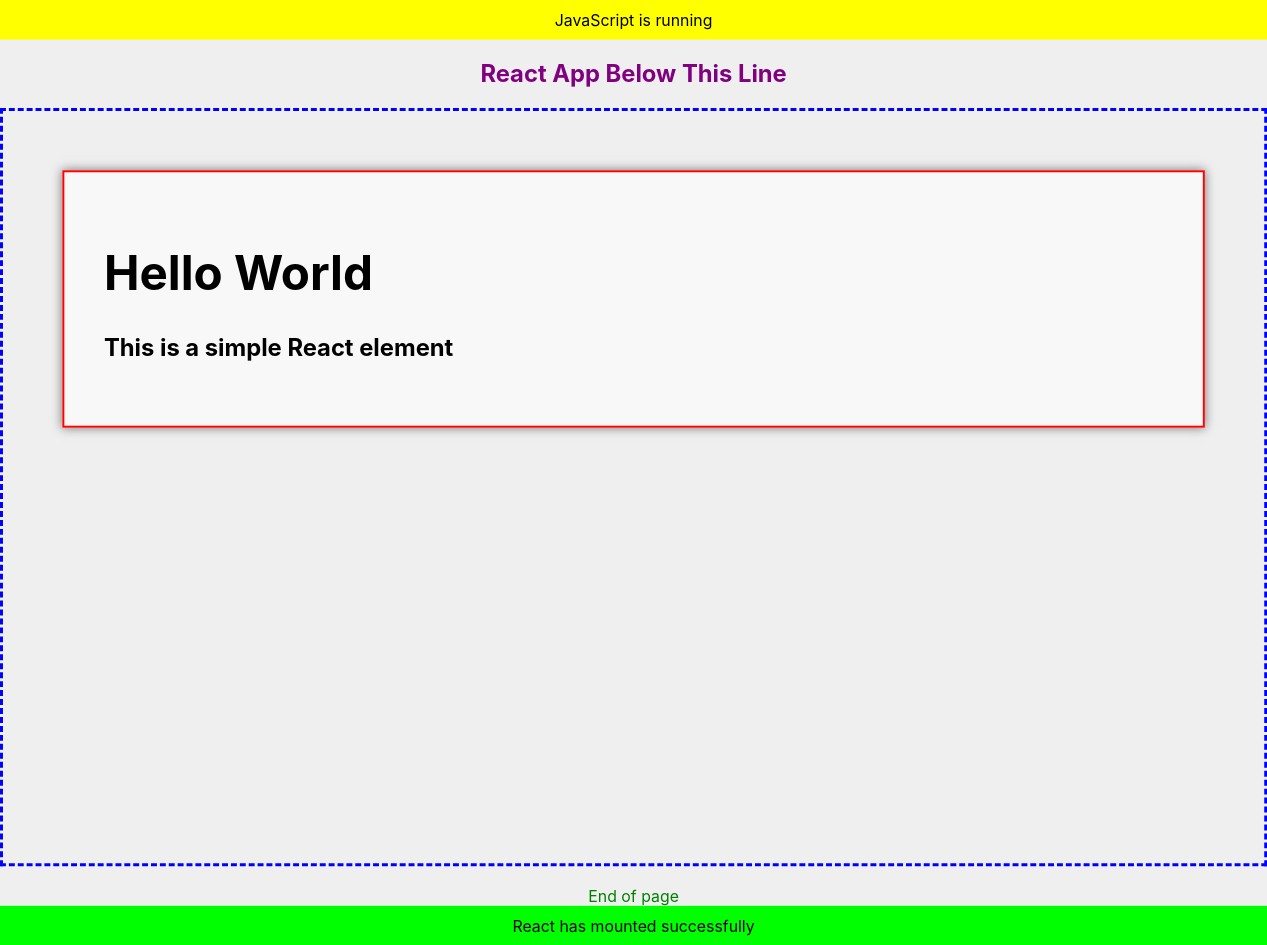
Repository: KPW-AI/react-web
Page: /
An editor plug-in stored every save of this project. The page is shown before and after the next save, followed by the edit.
The browser window is 1280 px wide. The pictures show the whole page, at 99% of full size.
The project was rebuilt for these pictures with package versions that can differ from the ones it lists, and the page was loaded fresh each time.

Above is the page before, as saved 2025-03-06 17:09:25.

### public/index.html
<!DOCTYPE html>
<html lang="en">
  <head>
    <meta charset="utf-8" />
    <link rel="icon" href="%PUBLIC_URL%/favicon.ico" />
    <meta name="viewport" content="width=device-width, initial-scale=1" />
    <meta name="theme-color" content="#000000" />
    <meta
      name="description"
      content="Web site created using create-react-app"
    />
    <link rel="apple-touch-icon" href="%PUBLIC_URL%/logo192.png" />
    <!--
      manifest.json provides metadata used when your web app is installed on a
      user's mobile device or desktop. See https://developers.google.com/web/fundamentals/web-app-manifest/
    -->
    <link rel="manifest" href="%PUBLIC_URL%/manifest.json" />
    <!--
      Notice the use of %PUBLIC_URL% in the tags above.
      It will be replaced with the URL of the `public` folder during the build.
      Only files inside the `public` folder can be referenced from the HTML.

      Unlike "/favicon.ico" or "favicon.ico", "%PUBLIC_URL%/favicon.ico" will
      work correctly both with client-side routing and a non-root public URL.
      Learn how to configure a non-root public URL by running `npm run build`.
    -->
    <title>React App</title>
    <style>
      /* Fallback styles to ensure visibility */
      body {
        background-color: #f0f0f0;
      }
      #root {
        border: 3px dashed #ff0000;
        min-height: 100vh;
        padding: 20px;
      }
    </style>
  </head>
  <body>
    <noscript>You need to enable JavaScript to run this app.</noscript>
    <!-- Adding a visible header outside the React mount point -->
    <h2 style="text-align: center; color: purple;">React App Below This Line</h2>

    <div id="root">
      <!-- Fallback content in case React fails to mount -->
      <div style="padding: 20px; border: 2px solid black; margin: 20px; background-color: #fff;">
        <h3>This content should be replaced by React</h3>
        <p>If you're seeing this text, React isn't mounting properly.</p>
      </div>
    </div>

    <!-- Adding a visible footer outside the React mount point -->
    <div style="text-align: center; margin-top: 20px; color: green;">
      End of page
    </div>
    <!--
      This HTML file is a template.
      If you open it directly in the browser, you will see an empty page.

      You can add webfonts, meta tags, or analytics to this file.
      The build step will place the bundled scripts into the <body> tag.

      To begin the development, run `npm start` or `yarn start`.
      To create a production bundle, use `npm run build` or `yarn build`.
    -->
  </body>
</html>

### src/index.js
import React from 'react';
import ReactDOM from 'react-dom';
import './index.css';

// Insert a banner to confirm JavaScript is running
document.body.insertAdjacentHTML('afterbegin',
  '<div style="background:yellow;padding:10px;text-align:center">JavaScript is running</div>'
);

// Render a simple element
const simpleElement = (
  <div style={{
    padding: '40px',
    margin: '40px',
    border: '2px solid red',
    backgroundColor: '#f8f8f8',
    fontSize: '24px',
    color: 'black',
    fontWeight: 'bold',
    boxShadow: '0 0 10px rgba(0,0,0,0.5)'
  }}>
    <h1>Hello World</h1>
    <p>This is a simple React element</p>
  </div>
);

// Mount React element directly
const rootElement = document.getElementById('root');
ReactDOM.render(simpleElement, rootElement);

// Confirm React has mounted
document.body.insertAdjacentHTML('beforeend',
  '<div style="background:lime;padding:10px;text-align:center">React has mounted successfully</div>'
);

### src/index.css
body {
  margin: 0;
  padding: 0;
  font-family: -apple-system, BlinkMacSystemFont, 'Segoe UI', 'Roboto', 'Oxygen',
    'Ubuntu', 'Cantarell', 'Fira Sans', 'Droid Sans', 'Helvetica Neue',
    sans-serif;
  -webkit-font-smoothing: antialiased;
  -moz-osx-font-smoothing: grayscale;
  background-color: #efefef;
}

#root {
  border: 3px dashed blue;
  min-height: 100vh;
}

After the next save:
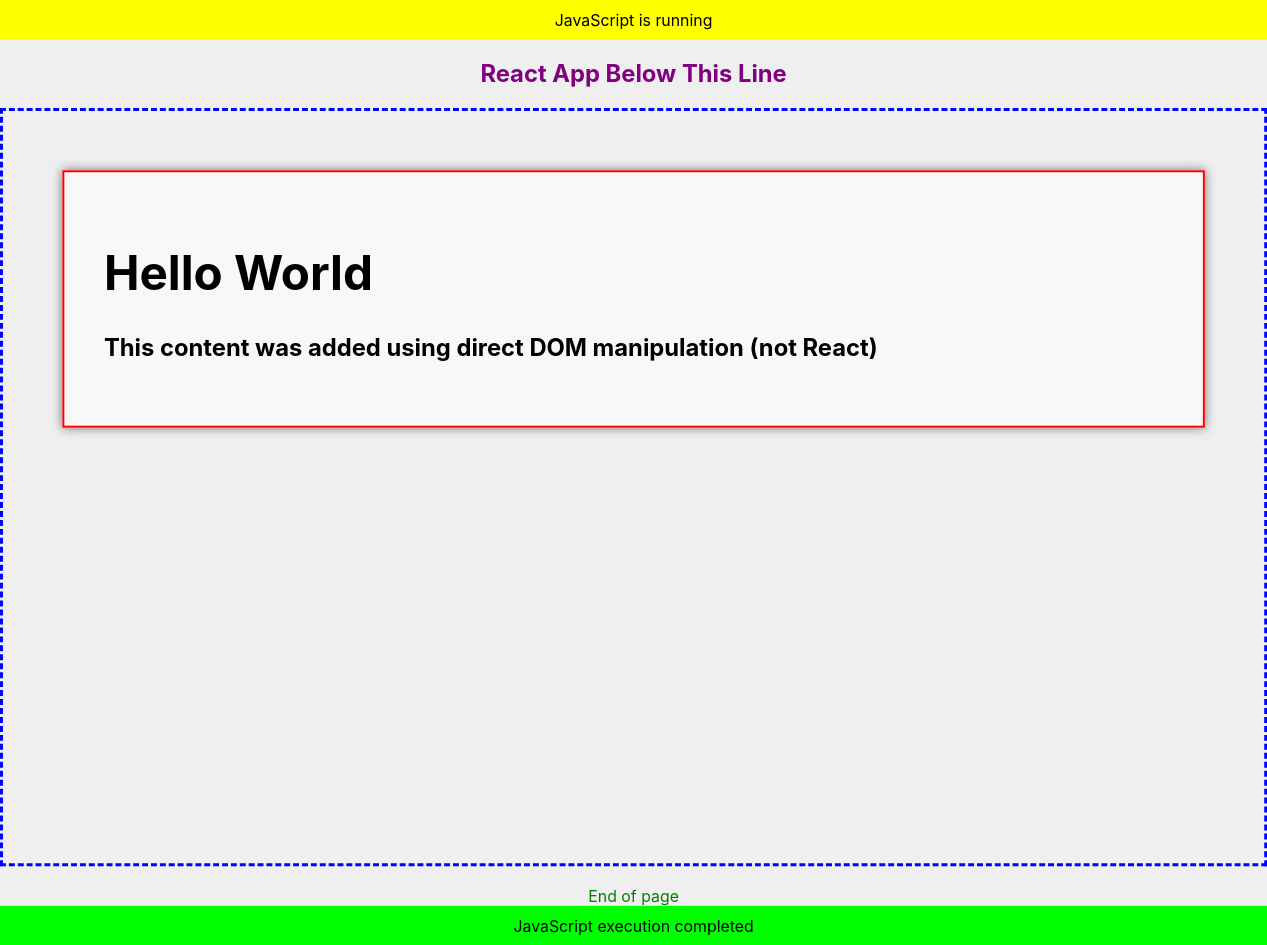
Saved 3 min 25 s later.
--- a/src/index.js
+++ b/src/index.js
@@ -1,5 +1,4 @@
-import React from 'react';
-import ReactDOM from 'react-dom';
+// Import only the CSS file
 import './index.css';
 
 // Insert a banner to confirm JavaScript is running
@@ -7,28 +6,29 @@ document.body.insertAdjacentHTML('afterbegin',
   '<div style="background:yellow;padding:10px;text-align:center">JavaScript is running</div>'
 );
 
-// Render a simple element
-const simpleElement = (
-  <div style={{
-    padding: '40px',
-    margin: '40px',
-    border: '2px solid red',
-    backgroundColor: '#f8f8f8',
-    fontSize: '24px',
-    color: 'black',
-    fontWeight: 'bold',
-    boxShadow: '0 0 10px rgba(0,0,0,0.5)'
-  }}>
-    <h1>Hello World</h1>
-    <p>This is a simple React element</p>
-  </div>
+// Using direct DOM manipulation
+try {
+  console.log('Attempting to modify root element directly');
+  const rootElement = document.getElementById('root');
+  if (rootElement) {
+    // Directly modify the DOM as a test
+    rootElement.innerHTML = `
+      <div style="padding: 40px; margin: 40px; border: 2px solid red;
+           background-color: #f8f8f8; font-size: 24px; color: black;
+           font-weight: bold; box-shadow: 0 0 10px rgba(0,0,0,0.5)">
+        <h1>Hello World</h1>
+        <p>This content was added using direct DOM manipulation (not React)</p>
+      </div>
+    `;
+    console.log('DOM manipulation successful');
+  } else {
+    console.error('Could not find root element');
+  }
+} catch (error) {
+  console.error('Error manipulating DOM:', error);
+}
+
+// Confirm JavaScript execution completed
+document.body.insertAdjacentHTML('beforeend',
+  '<div style="background:lime;padding:10px;text-align:center">JavaScript execution completed</div>'
 );
-
-// Mount React element directly
-const rootElement = document.getElementById('root');
-ReactDOM.render(simpleElement, rootElement);
-
-// Confirm React has mounted
-document.body.insertAdjacentHTML('beforeend',
-  '<div style="background:lime;padding:10px;text-align:center">React has mounted successfully</div>'
-);
